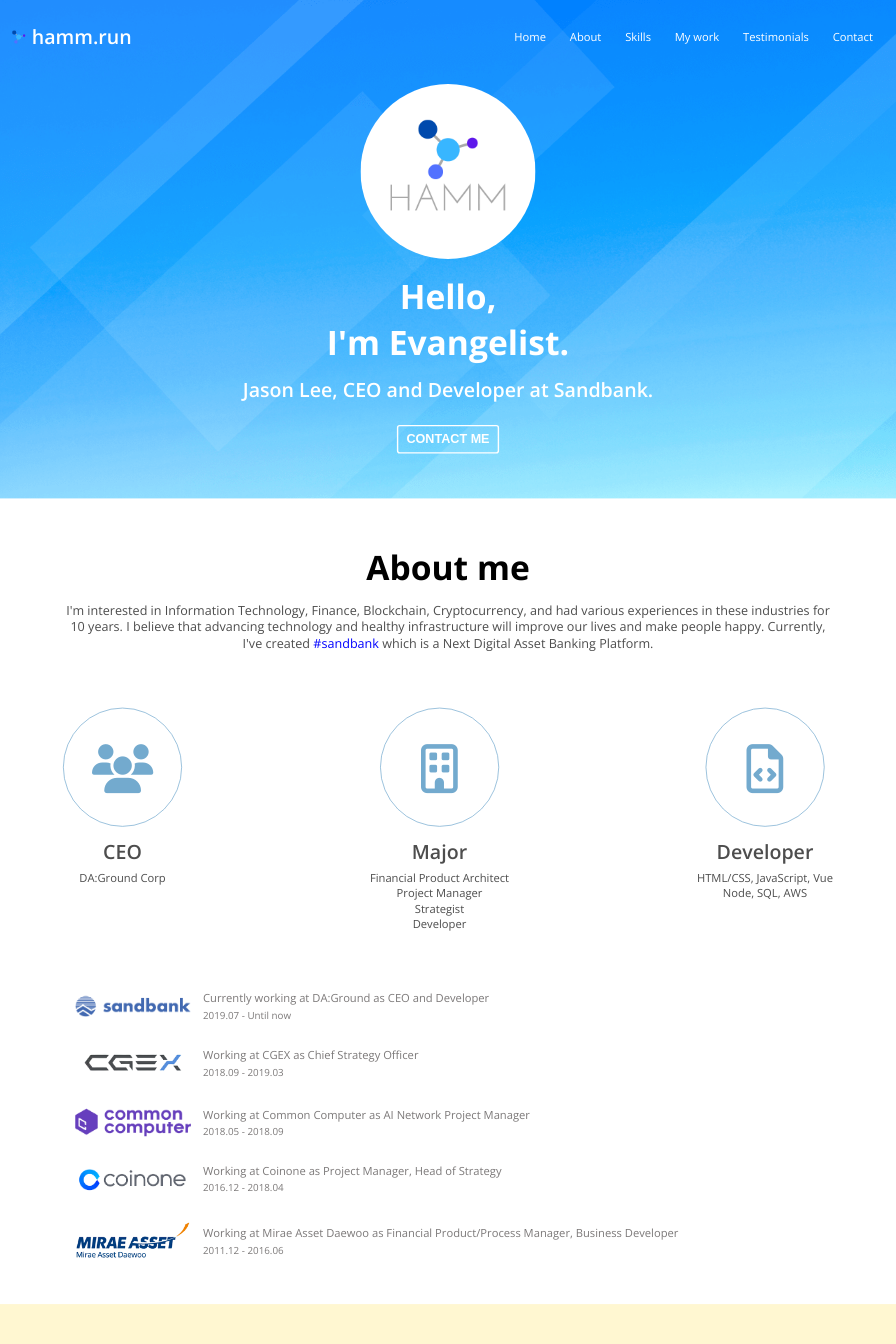
Repository: hammlee/portfolio
Page: index.html
An editor plug-in stored every save of this project. The page is shown before and after the next save, followed by the edit.
The browser window is 1280 px wide. The pictures show the part of the page from y = 0 to 1920 px (the page is 4279 px tall before and 4284 px after), at 70% of full size.
Some web libraries are served in a nearby version.

Above is the page before, as saved 2021-04-20 16:01:44.

After the next save:
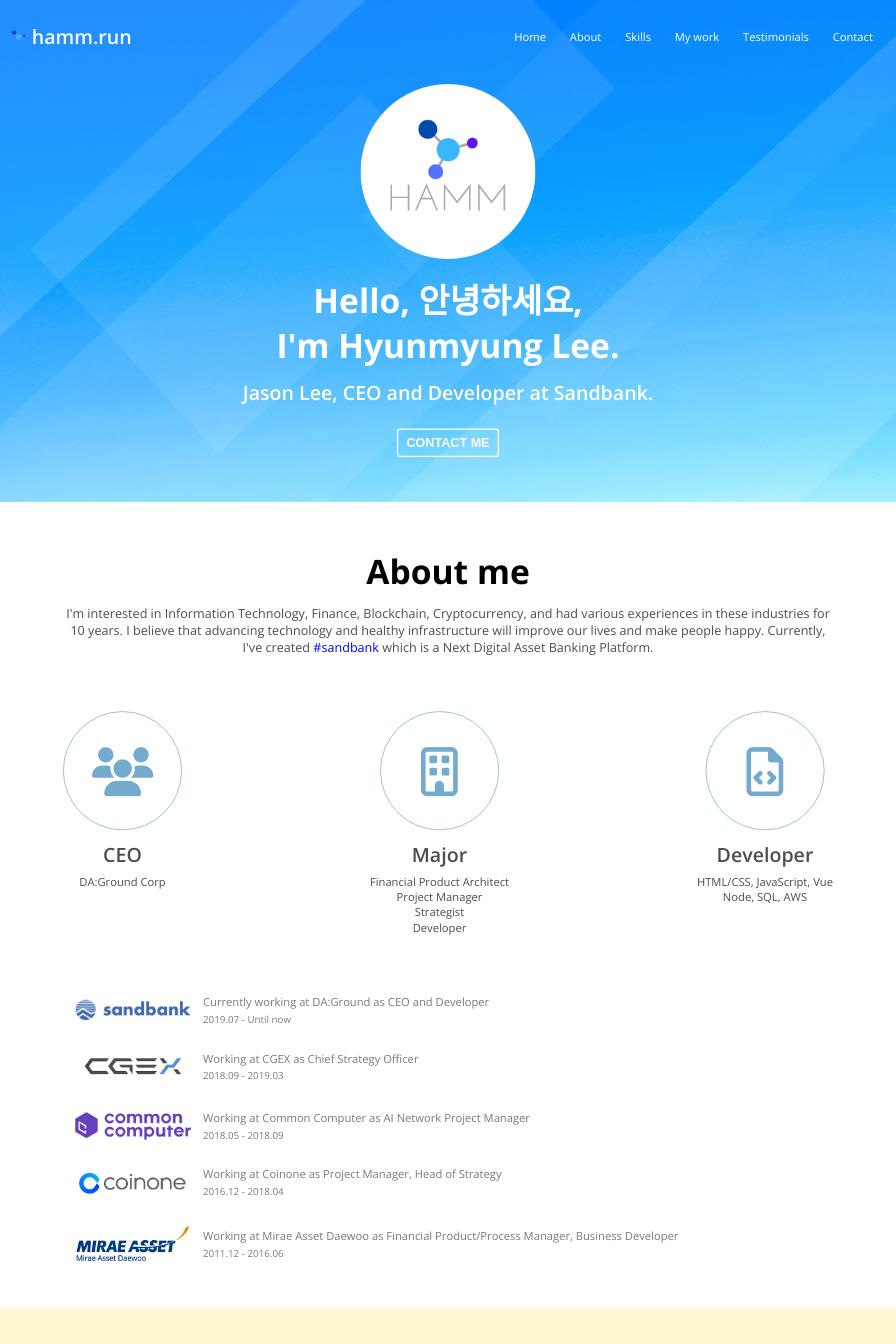
Saved 26 h 42 min later.
--- a/index.html
+++ b/index.html
@@ -53,15 +53,13 @@
           class="home__avatar"
         />
         <h1 class="home__title">
-          Hello, <br />
-          I'm Evangelist.
+          Hello, 안녕하세요, <br />
+          I'm Hyunmyung Lee.
         </h1>
         <h2 class="home__description">
           Jason Lee, CEO and Developer at Sandbank.
         </h2>
-        <button class="home__contact" data-link="#contact">
-          CONTACT ME
-        </button>
+        <button class="home__contact" data-link="#contact">CONTACT ME</button>
       </div>
     </section>
 
@@ -73,7 +71,7 @@
         Cryptocurrency, and had various experiences in these industries for 10
         years. I believe that advancing technology and healthy infrastructure
         will improve our lives and make people happy. Currently, I've created
-        <a href="https://sandbank.io" target="_blank" style="color: blue;"
+        <a href="https://sandbank.io" target="_blank" style="color: blue"
           >#sandbank</a
         >
         which is a Next Digital Asset Banking Platform.
@@ -84,9 +82,7 @@
             <i class="fas fa-users"></i>
           </div>
           <h2 class="major__title">CEO</h2>
-          <div class="major__description">
-            DA:Ground Corp
-          </div>
+          <div class="major__description">DA:Ground Corp</div>
         </div>
         <div class="major">
           <div class="major__icon">
@@ -118,21 +114,15 @@
             <p class="job__name">
               Currently working at DA:Ground as CEO and Developer
             </p>
-            <p class="job__period">
-              2019.07 - Until now
-            </p>
+            <p class="job__period">2019.07 - Until now</p>
           </div>
         </div>
         <hr />
         <div class="job">
           <img src="images/cgex.png" alt="sandbank" class="job__logo" />
           <div class="job__description">
-            <p class="job__name">
-              Working at CGEX as Chief Strategy Officer
-            </p>
-            <p class="job__period">
-              2018.09 - 2019.03
-            </p>
+            <p class="job__name">Working at CGEX as Chief Strategy Officer</p>
+            <p class="job__period">2018.09 - 2019.03</p>
           </div>
         </div>
         <hr />
@@ -146,9 +136,7 @@
             <p class="job__name">
               Working at Common Computer as AI Network Project Manager
             </p>
-            <p class="job__period">
-              2018.05 - 2018.09
-            </p>
+            <p class="job__period">2018.05 - 2018.09</p>
           </div>
         </div>
         <hr />
@@ -158,9 +146,7 @@
             <p class="job__name">
               Working at Coinone as Project Manager, Head of Strategy
             </p>
-            <p class="job__period">
-              2016.12 - 2018.04
-            </p>
+            <p class="job__period">2016.12 - 2018.04</p>
           </div>
         </div>
         <hr />
@@ -175,9 +161,7 @@
               Working at Mirae Asset Daewoo as Financial Product/Process
               Manager, Business Developer
             </p>
-            <p class="job__period">
-              2011.12 - 2016.06
-            </p>
+            <p class="job__period">2011.12 - 2016.06</p>
           </div>
         </div>
       </div>
@@ -203,7 +187,7 @@
                 <span>90%</span>
               </div>
               <div class="skill__bar">
-                <div class="skill__value" style="width: 99%;"></div>
+                <div class="skill__value" style="width: 99%"></div>
               </div>
             </div>
             <div class="skill">
@@ -212,7 +196,7 @@
                 <span>99%</span>
               </div>
               <div class="skill__bar">
-                <div class="skill__value" style="width: 99%;"></div>
+                <div class="skill__value" style="width: 99%"></div>
               </div>
             </div>
             <div class="skill">
@@ -221,7 +205,7 @@
                 <span>99%</span>
               </div>
               <div class="skill__bar">
-                <div class="skill__value" style="width: 99%;"></div>
+                <div class="skill__value" style="width: 99%"></div>
               </div>
             </div>
             <div class="skill">
@@ -230,7 +214,7 @@
                 <span>99%</span>
               </div>
               <div class="skill__bar">
-                <div class="skill__value" style="width: 99%;"></div>
+                <div class="skill__value" style="width: 99%"></div>
               </div>
             </div>
             <div class="skill">
@@ -239,7 +223,7 @@
                 <span>99%</span>
               </div>
               <div class="skill__bar">
-                <div class="skill__value" style="width: 99%;"></div>
+                <div class="skill__value" style="width: 99%"></div>
               </div>
             </div>
             <div class="skill">
@@ -248,7 +232,7 @@
                 <span>99%</span>
               </div>
               <div class="skill__bar">
-                <div class="skill__value" style="width: 99%;"></div>
+                <div class="skill__value" style="width: 99%"></div>
               </div>
             </div>
           </div>
